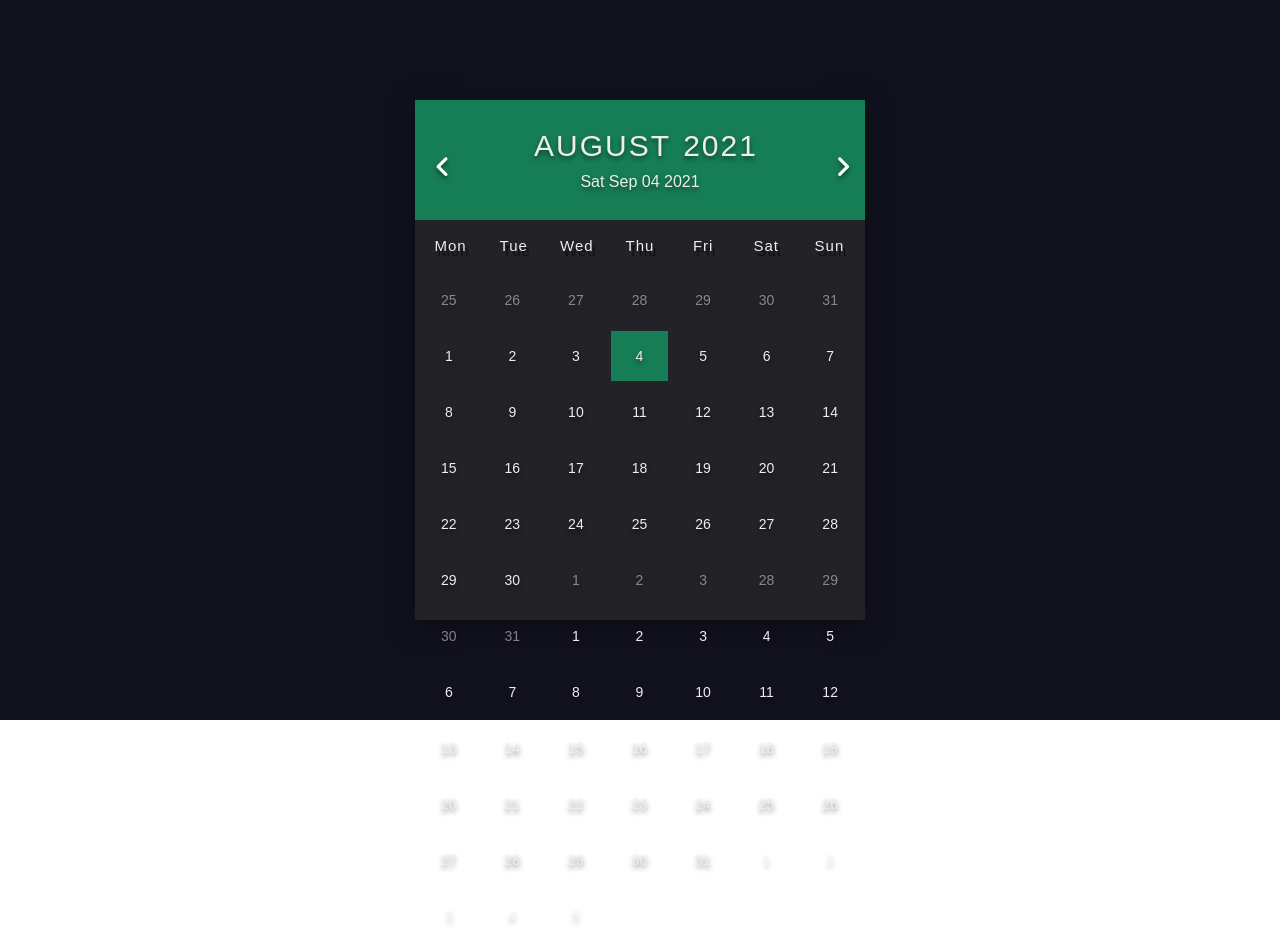
Repository: dboinska/calendar
Page: index.html
The author's editor kept a copy of each file at every save. The page is drawn from the files as they stood at one save, then again after the next save.
The browser window is 1280 px wide. The pictures show the whole page.
After loading, the first visible `i.fas` was clicked once.
Some web libraries are served in a nearby version.

Above is the page before, as saved 2021-09-06 18:44:27.

### index.html
<!DOCTYPE html>
<html lang="en">
  <head>
    <meta charset="UTF-8" />
    <meta http-equiv="X-UA-Compatible" content="IE=edge" />
    <meta name="viewport" content="width=device-width, initial-scale=1.0" />
    <title>Calendar</title>
    <script
      src="https://kit.fontawesome.com/5567926149.js"
      crossorigin="anonymous"
    ></script>
    <link rel="stylesheet" href="style.css" />
  </head>
  <body>
    <div class="container">
      <div class="calendar">
        <div class="month">
          <i class="fas fa-angle-left prev"></i>
          <div class="date">
            <div class="header">
              <h1></h1>
              <h2></h2>
            </div>
            <p></p>
          </div>
          <i class="fas fa-angle-right next"></i>
        </div>
        <div class="weekdays">
          <div>Mon</div>
          <div>Tue</div>
          <div>Wed</div>
          <div>Thu</div>
          <div>Fri</div>
          <div>Sat</div>
          <div>Sun</div>
        </div>
        <div class="days"></div>
      </div>
    </div>
    <script src="script.js"></script>
  </body>
</html>

### style.css
* {
  margin: 0;
  padding: 0;
  box-sizing: border-box;
  font-family: "Quicksand", sans-serif;
}

html {
  font-size: 62.5%;
}

.container {
  width: 100%;
  height: 100vh;
  background-color: #12121f;
  color: #eee;
  display: flex;
  justify-content: center;
  align-items: center;
}

.calendar {
  width: 45rem;
  height: 52rem;
  background-color: #222227;
  box-shadow: 0 0.5rem 3rem rgba(0, 0, 0, 0.4);
}

.fas {
  height: 10px;
  width: 10px;
  color: white;
}

.month {
  width: 100%;
  height: 12rem;
  background-color: #167e56;
  display: flex;
  justify-content: space-between;
  align-items: center;
  padding: 0 2rem;
  text-align: center;
  text-shadow: 0 0.3rem 0.5rem rgba(0, 0, 0, 0.5);
}

.month i {
  font-size: 2.5rem;
  cursor: pointer;
}

.month h1,
h2 {
  font-size: 3rem;
  font-weight: 400;
  text-transform: uppercase;
  letter-spacing: 0.2rem;
  margin-bottom: 1rem;
  padding-left: 1.2rem;
}

.month p {
  font-size: 1.6rem;
}

.weekdays {
  width: 100%;
  height: 5rem;
  padding: 0 0.4rem;
  display: flex;
  align-items: center;
}

.weekdays div {
  font-size: 1.5rem;
  font-weight: 400;
  letter-spacing: 0.1rem;
  width: calc(44.2rem / 7);
  display: flex;
  justify-content: center;
  align-items: center;
  text-shadow: 0.3rem 0.5rem rgba(0, 0, 0, 0.5);
}

.days {
  width: 100%;
  display: flex;
  flex-wrap: wrap;
  padding: 0.2rem;
}

.days div {
  font-size: 1.4rem;
  margin: 0.3rem;
  width: calc(40.3rem / 7);
  height: 5rem;
  display: flex;
  justify-content: center;
  align-items: center;
  text-shadow: 0 0.3rem 0.5rem rgba(0, 0, 0, 0.5);
  transition: background-color 0.2s;
}

.days div:hover:not(.today) {
  background-color: #262626;
  border: 2rem solid #777;
  cursor: pointer;
}

.prev-date,
.next-date {
  opacity: 0.5;
}

.header {
  display: flex;
}

.today,
.clickedDay {
  background-color: #167e56;
}

### script.js
const date = new Date();
const renderCalendar = () => {
  const monthDays = document.querySelector(".days");
  const d = new Date(date.getFullYear(), date.getMonth() + 1, 0);
  const lastDay = new Date(
    date.getFullYear(),
    date.getMonth() + 1,
    0
  ).getDate();
  const prevLastDay = new Date(
    date.getFullYear(),
    date.getMonth(),
    0
  ).getDate();
  const firstDayIndex = date.getDay();
  const lastDayIndex = new Date(
    date.getFullYear(),
    date.getMonth(),
    0
  ).getDay();
  console.log(lastDayIndex);
  console.log(lastDay);

  const nextDays = 7 - lastDayIndex - 1;
  const months = [
    "January",
    "February",
    "March",
    "April",
    "May",
    "June",
    "July",
    "August",
    "September",
    "October",
    "November",
    "December",
  ];

  document.querySelector(".date h1").textContent = months[date.getMonth()];
  document.querySelector(".date h2").textContent = date.getFullYear();

  document.querySelector(".date p").textContent = new Date().toDateString();

  // monthDays = "";
  //let days = "";

  if (lastDayIndex !== 0) {
    for (let x = firstDayIndex + 1; x > 0; x--) {
      const div = document.createElement("div");
      div.textContent = prevLastDay - x + 1;
      div.className = "prev-date";
      monthDays.appendChild(div);
      //days += `<div class="prev-date">${prevLastDay - x + 1}</div>`;
    }
    //  console.log(firstDayIndex - 1, "nie poniedziałek");
  }

  for (let i = 1; i <= lastDay; i++) {
    if (
      i === new Date().getDate() &&
      date.getMonth() === new Date().getMonth()
    ) {
      const div = document.createElement("div");
      div.textContent = i;
      div.className = "today";
      monthDays.appendChild(div);
      //days += `<div class="today">${i}</div>`;
    } else {
      let div = document.createElement("div");
      div.textContent = i;
      monthDays.appendChild(div);
      // days += `<div>${i}</div>`;
    }

    //monthDays.innerHTML = days;
  }
  console.log(
    "next days",
    nextDays,
    "last day index",
    lastDayIndex,
    "firstdayindex",
    firstDayIndex,
    "prevlastday",
    prevLastDay,
    "d",
    d.getDay()
  );
  //for (let j = 1; j <= nextDays - 1; j++) {
  if (d.getDay() !== 0) {
    for (let j = 1; j <= 7 - d.getDay(); j++) {
      let div = document.createElement("div");
      div.textContent = j;
      div.className = "next-date";
      monthDays.appendChild(div);
      // days += `<div class="next-date">${j}</div>`;
      //monthDays.innerHTML = days;
    }
  }
};
// date.setDate(1);
// console.log(date.getDay());
// const month = date.getMonth();
// console.log(month);

const prevMonth = document.querySelector(".prev");
const nextMonth = document.querySelector(".next");

prevMonth.addEventListener("click", backToPrevMonth);

document.addEventListener("keydown", function (e) {
  if (e.keyCode == "37") {
    backToPrevMonth();
  }
});

nextMonth.addEventListener("click", goToNextMonth);

document.addEventListener("keydown", function (e) {
  if (e.keyCode == "39") {
    goToNextMonth();
  }
});

function backToPrevMonth() {
  date.setMonth(date.getMonth() - 1);
  console.log("month", date.getMonth());
  renderCalendar();
}

function goToNextMonth() {
  date.setMonth(date.getMonth() + 1);
  console.log("month", date.getMonth());
  renderCalendar();
}

const days = [...document.querySelectorAll(".days div")];
function clickDay(day) {
  days.addEventListener("click", () => {
    day.classList.add("clickedDay");
  });
}
console.log(days);

renderCalendar();

After the next save:
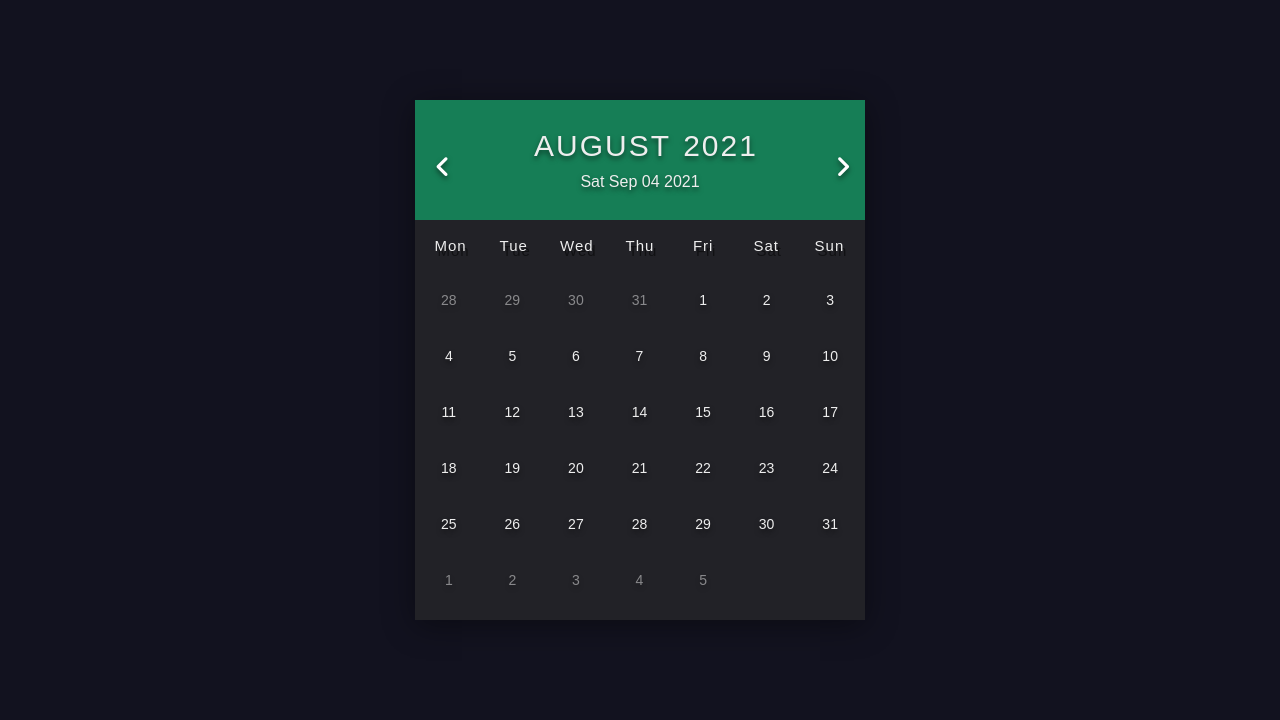
Saved 12 min 27 s later.
--- a/script.js
+++ b/script.js
@@ -44,6 +44,8 @@ const renderCalendar = () => {
 
   // monthDays = "";
   //let days = "";
+
+  monthDays.replaceChildren();
 
   if (lastDayIndex !== 0) {
     for (let x = firstDayIndex + 1; x > 0; x--) {
